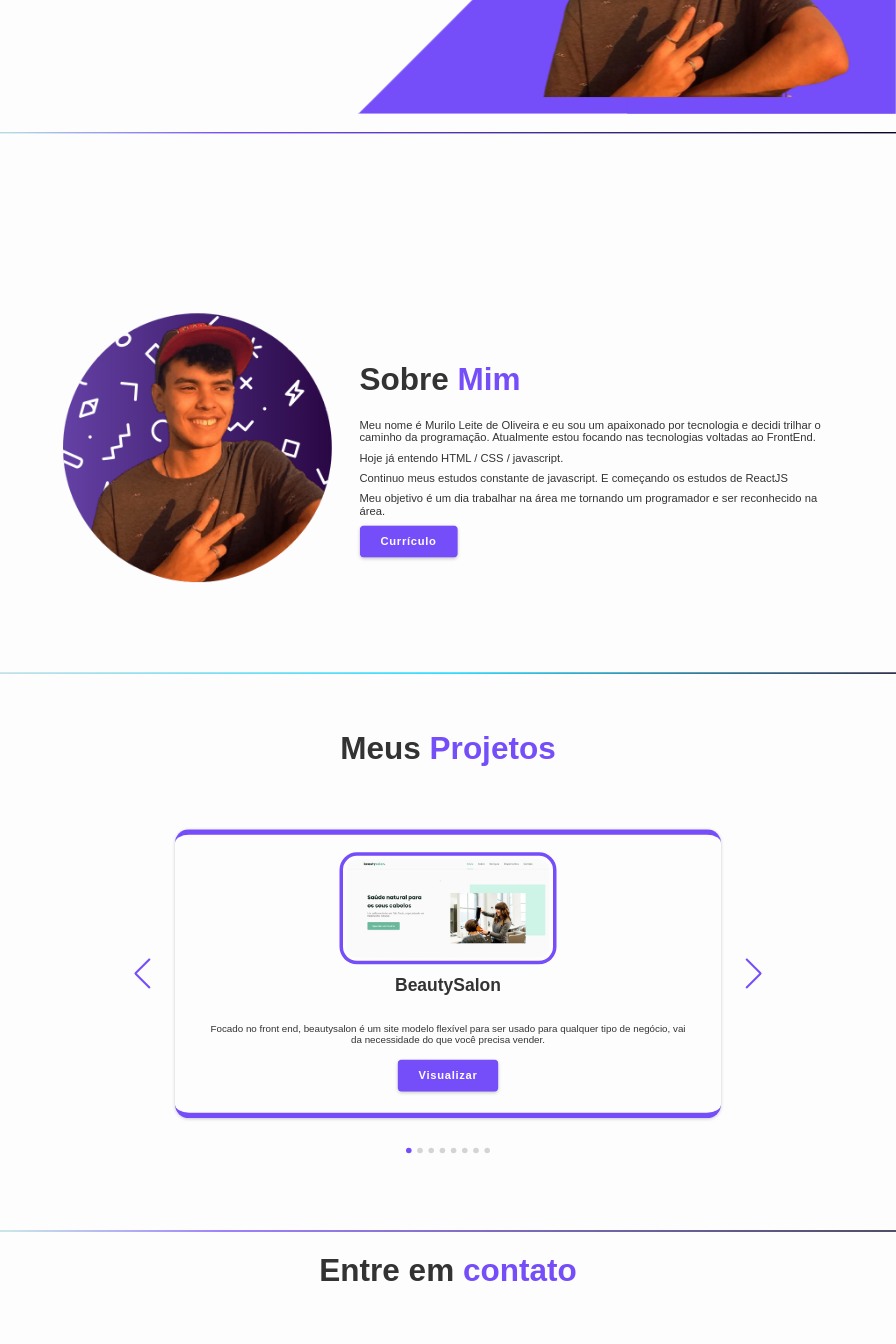
Repository: devMuriloOliveira/Portfolio-
Page: index.html
These files come from the project's save history. The page is drawn as it stood at one moment and after the next save; the edit follows.
The browser window is 1280 px wide. The pictures show the part of the page from y = 582 to 2502 px (the page is 3045 px tall), at 70% of full size.

Above is the page before, as saved 2023-03-15 18:11:14.

After the next save:
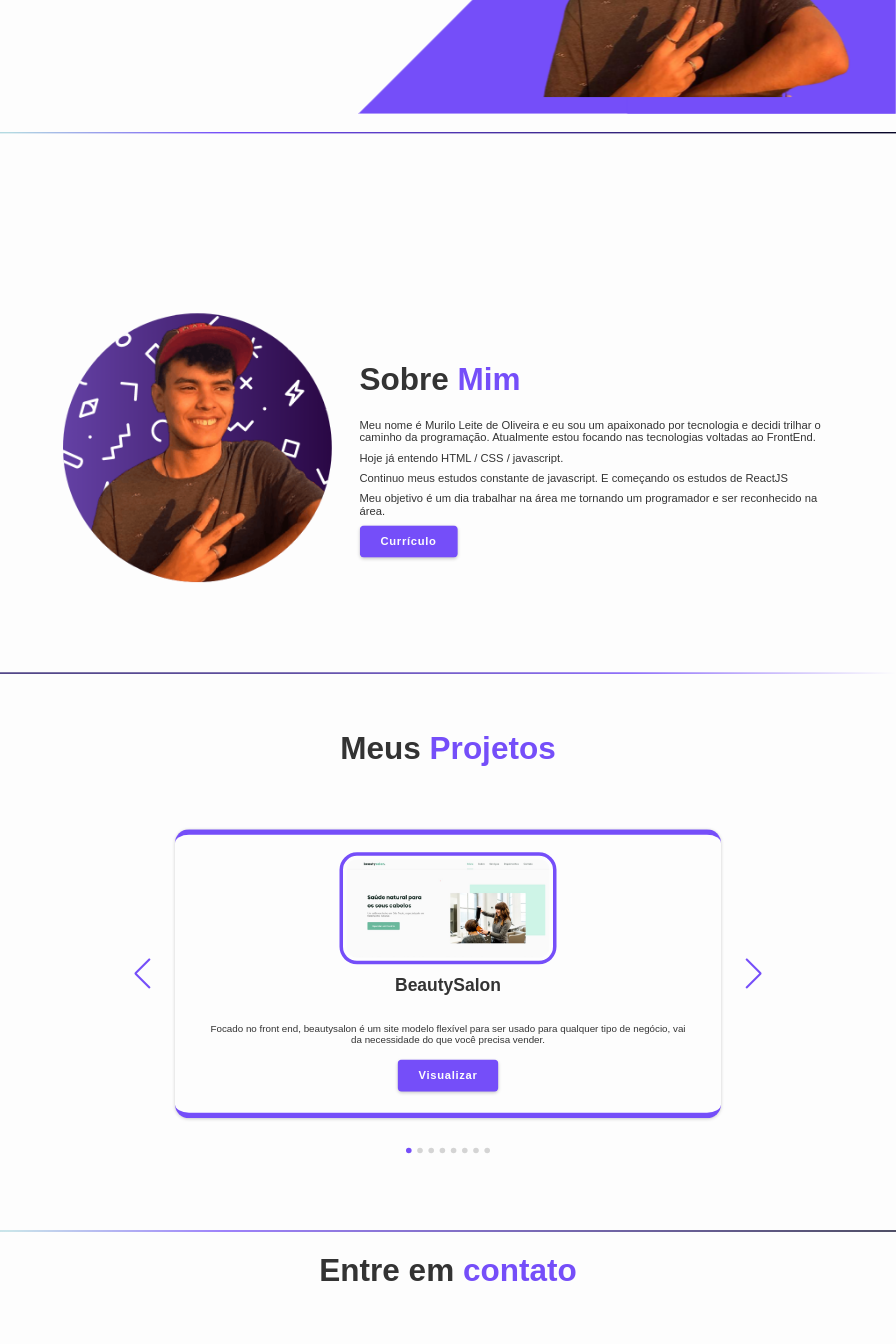
Saved 4 min 24 s later.
--- a/style.css
+++ b/style.css
@@ -43,8 +43,8 @@ background: linear-gradient(90deg, rgba(0,132,158,0.28895308123249297) 1%, rgba(
 
 .divider-2 {
   height: 2px;
-  background: rgb(0,132,158);
-  background: linear-gradient(90deg, rgba(0,132,158,0.28895308123249297) 0%, rgba(0,212,255,1) 50%, rgba(2,0,36,1) 100%);
+  background: rgb(41,27,108);
+background: linear-gradient(90deg, rgba(41,27,108,1) 4%, rgba(58,38,140,1) 32%, rgba(117,78,249,1) 70%, rgba(2,0,36,0) 100%);
 }
 
 
